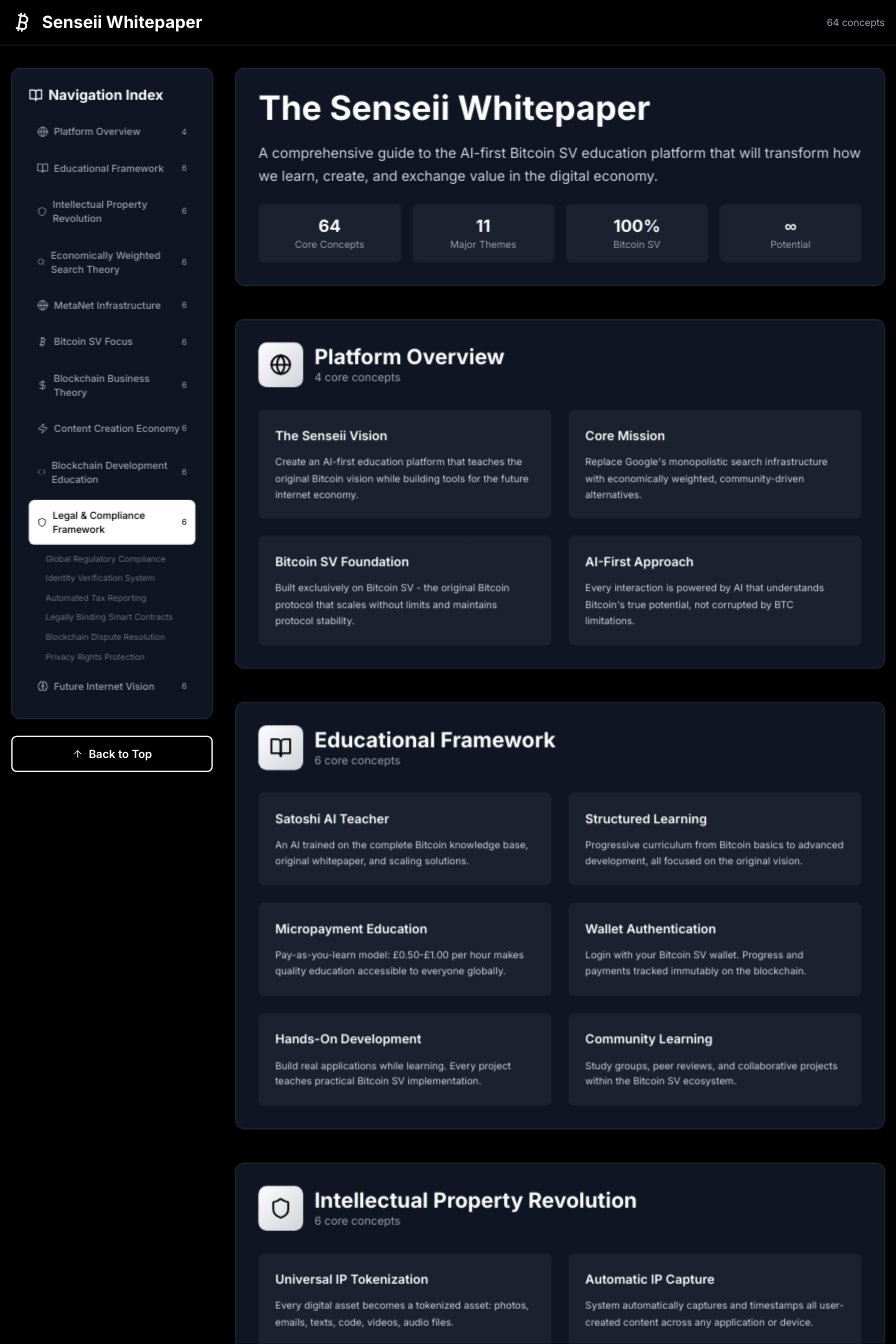
Repository: b0ase/senseii
Page: /whitepaper
The author's editor kept a copy of each file at every save. The page is drawn from the files as they stood at one save, then again after the next save.
The browser window is 1280 px wide. The pictures show the part of the page from y = 0 to 1920 px (the page is 8045 px tall), at 70% of full size.
The project was rebuilt for these pictures with package versions that can differ from the ones it lists, and the page was loaded fresh each time. The framework's server and built-in components were replaced by stand-ins that run in the browser. Also part of the build but not shown: next.config.js.

Above is the page before, as saved 2025-06-06 22:09:22.

After the next save:
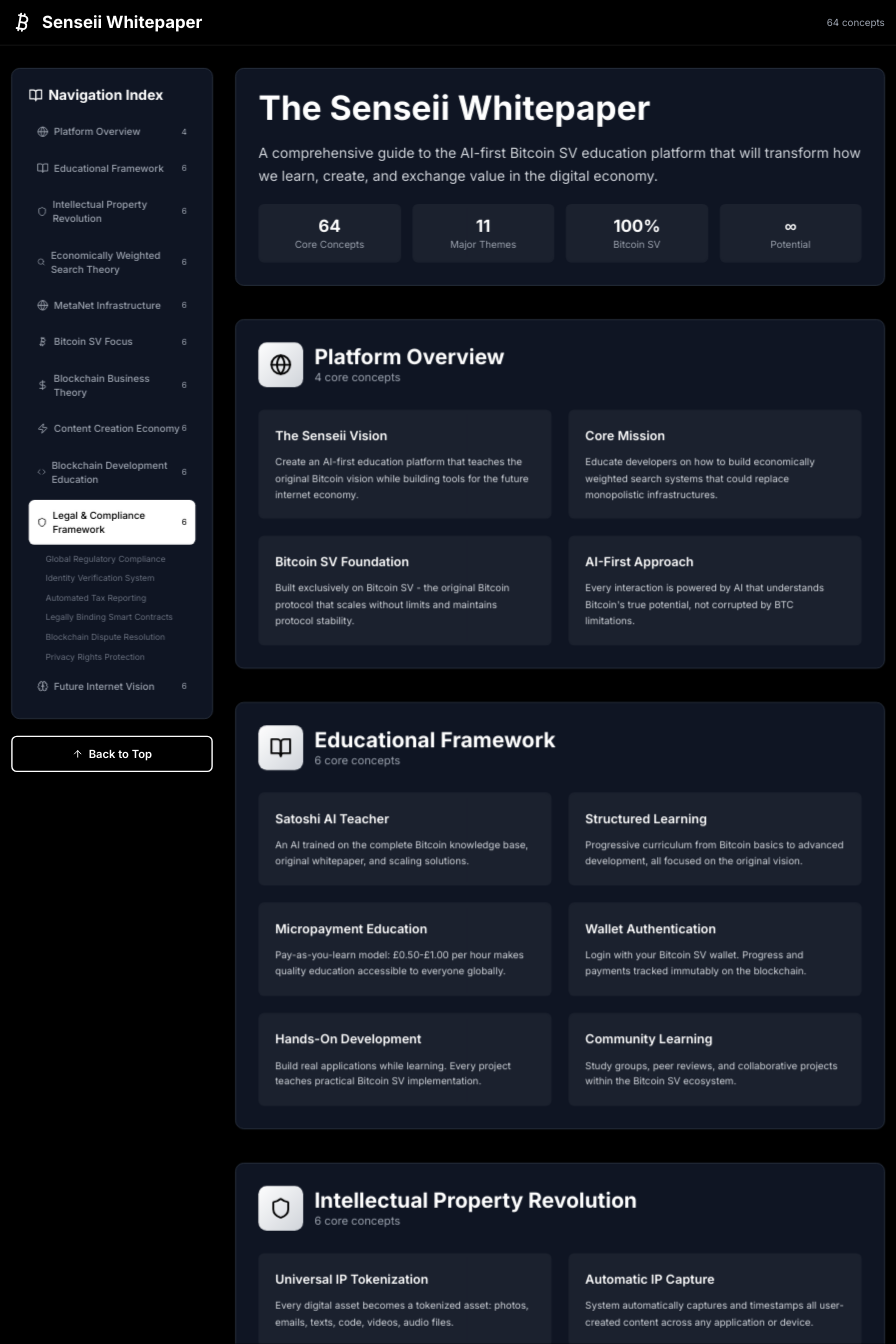
Saved 7 s later.
--- a/app/whitepaper/page.tsx
+++ b/app/whitepaper/page.tsx
@@ -42,7 +42,7 @@
         {
           id: 'mission',
           title: 'Core Mission',
-          content: 'Replace Google\'s monopolistic search infrastructure with economically weighted, community-driven alternatives.'
+          content: 'Educate developers on how to build economically weighted search systems that could replace monopolistic infrastructures.'
         },
         {
           id: 'foundation',
